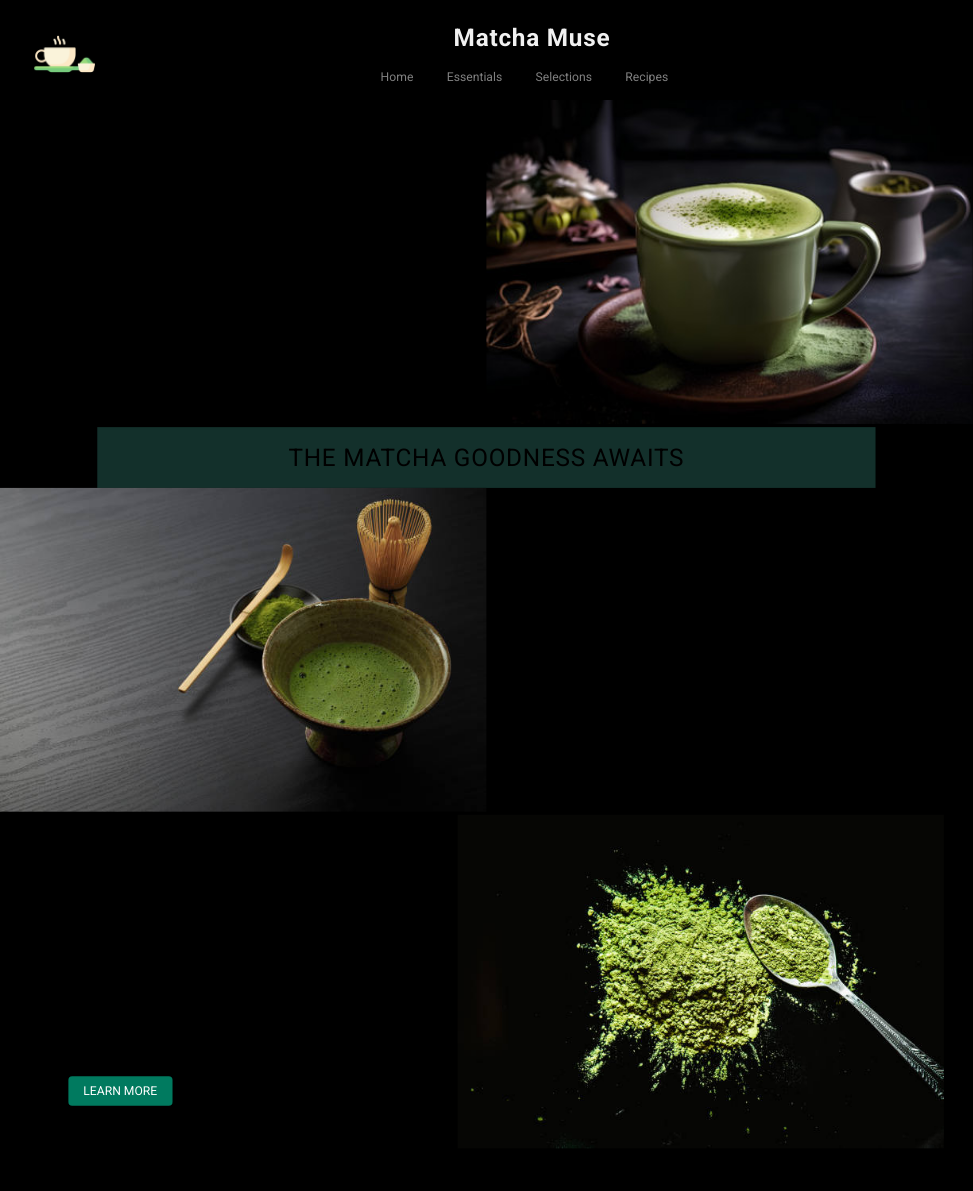
Repository: ericazz17/matchawebsite
Page: main.html
These files come from the project's save history. The page is drawn as it stood at one moment and after a run of saves; the edit follows.
The browser window is 1280 px wide. The pictures show the whole page, at 76% of full size.

Above is the page before, as saved 2023-09-20 04:08:42.

### main.html
<!DOCTYPE html>
<html>
<head>
    <title>Matcha Muse</title>
    <link rel="stylesheet" type="text/css" href="main.css">
    <link rel="preconnect" href="https://fonts.googleapis.com">
    <link rel="preconnect" href="https://fonts.gstatic.com" crossorigin>
    <link href="https://fonts.googleapis.com/css2?family=Roboto:wght@400;700&display=swap" rel="stylesheet">
</head>

<body>
    <header class="header">

        <div class="header-container">
            <div id="icon-container">
                <img class="header-icon" src="images/header-icon.png">
            </div>
            <div id="header-name">
                <h1>Matcha Muse</h1>
            </div>
        </div>

        <nav class="topbar">
            <div class="topbardiv">
                <a class="button" href="#home">Home</a>
                <a class="button" href="#essentials">Essentials</a>
                <a class="button" href="#selections">Selections</a>
                <a class="button" href="#recipes">Recipes</a>
            </div>
        </nav>
    </header>

    <div class="center-body">
        <div class="center-text">
            <h2>Welcome to the World of Matcha!</h2>
            <h3>Experience the enchanting world of matcha tea like never before. Discover the rich history, exquisite flavors, and countless health benefits of this green elixir.</h3>
        </div>

        <div class="center-img">
            <img id="matcha-image" src="images/matcha-body.jpeg">
        </div>
    </div>

    <div class="separation-bar">
        <h2 id="separation-text">The Matcha Goodness Awaits</h2>
    </div>


        <div class="bottom-first">
            <div class="bottom-first-img">
                <img id="bf1-img" src="images/matcha-powder.jpeg">
            </div>
            <div class="bottom-first-text">
                <h2 id="bottom-first-h2">A Matcha Lesson</h2>
                <h3 id="bottom-first-h3">Matcha is a vibrant green tea known for its finely ground powder form and unique preparation method. It's prized for its rich cultural history, impressive health benefits, and the calming ritual it offers.</h3>
            </div>
            <div style="clear: both;"></div>
        </div>

        <div class="bottom-third">
            <div class="bottom-third-text">
                <h2>Benefits of Drinking Matcha</h2>
                    <div class="benefit-lists">
                        <ul class="benefit-list1">
                            <li>Rich in Antioxidants</li>
                            <li>Enhanced Concentration</li>
                            <li>Natural Energy Boost</li>
                            <li>Metabolism Support</li>
                            <li>Enhanced Mood</li>
                            <li>Natural Relaxation</li>
                            <li>Alkalizing Properties</li>
                            <li>Improved Oral Health</li>

                        </ul>

                        <ul class="benefit-list2">
                            <li>Detoxification</li>
                            <li>Improved Skin Health</li>
                            <li>Enhanced Mood</li>
                            <li>Metabolism Support</li>
                            <li>Heart Health</li>
                            <li>Enhanced Endurance</li>
                            <li>Strengthened Immune System</li>
                            <li>Healthy Blood Sugar Levels</li>
                        </ul>
                    </div>

                    <div class="learn-more-container">
                        <a href="https://matcha.com/pages/matcha-health-benefits" target="_blank" class="learn-more-button">LEARN MORE</a>
                    </div>


            </div>

            <div class="bottom-second-img">
                <img id="bf2-img" src="images/dark-powder.jpeg">
            </div>

            <div style="clear: both;"></div>

        </div>

        <div class="bottom-third">
            <div class="bottom-third-text">

            </div>

            <div class="bottom-third-img">

            </div>
        </div>







</body>
</html>

### main.css
body {
    background-color: black;
    width: 100%;
    margin-left: 0px;
    margin-right: 0px;
    margin-top: 0px;
    padding: 0px;
}

.header {
    position: sticky;
    top: 0;
    background-color: black;
    color: #f1f1f1;
    padding: 10px;
  }

.header-container{
    max-width: 100%;
    width: 100%;
    text-align: center;
    margin-top: 0px;
    padding: 0px;

}

#header-name{
    text-align: center;
}


h1 {
    font-family: 'Roboto', sans-serif;
    font-size:px;
    letter-spacing: 1px;
}

h2 {
    font-family: 'Roboto', sans-serif;
    font-size:3vw;
    letter-spacing: 1px;
}


h3 {
    font-family: sans-serif;
    font-size:1.5vw;
    letter-spacing: 1px;
    font-weight: 300;
}

#icon-container{
    width: 100px;
    float: left;
    vertical-align: top;
    padding-left: 20px;
}
.header-icon{
    display:flex;
    height:80px;
    margin-left: 15px;
    flex:1;
}
.topbar {

    height: 30px;
    text-align: center;
}
.button {
    color: gray;
    font-family: 'Roboto', sans-serif;
    padding: 10px;
    margin-right: 20px;

}

a {
    text-decoration: none;
}

.button:hover {
    color: white;
    border-color: rgb(61, 35, 13);
    border-width: 1px;
    border-style: solid;
    border-radius: 5px;
}

.button:active {
    color: white;
    border-color: rgb(61, 35, 13);
    border-width: 1px;
    border-style: solid;
    border-radius: 5px;
}

.center-body, .bottom-first, .bottom-third {
    width: 100%;
    margin-left: auto;
    margin-right:auto;
}

.center-text{
    display: block;
    width: 30%;
    float: left;
    padding-left: 10%;
    padding-right: 10%;
    font-family: 'Roboto', sans-serif;
    padding-top: 3%;
}

.bottom-first-text {
    display: block;
    width: 30%;
    float: left;
    padding-left: 5%;
    padding-right: 5%;
    font-family: 'Roboto', sans-serif;
    padding-top: 8%;
}

.bottom-third-text {
    display: block;
    width: 40%;
    float: left;
    padding-left: 5%;
    padding-right: 2%;
    font-family: 'Roboto', sans-serif;
    padding-top: 4%;

}

.benefit-lists {
    display: flex;
    justify-content: space;
}

.benefit-list1, .benefit-list2 {
    width: 45%; /* Adjust this value as needed */
  }

.center-img, .bottom-first-img, .bottom-second-img{
    width: 50%;
    float: left;
    background-size: 100% 100%;
}

.center-img img {
    width: 100%;
    height: 100%;
    display:inline-block;
}

.bottom-first-img img {
    width: 100%;
    height: auto;
    display:inline-block;
}

.bottom-second-img img {
    width: 100%;
    height: auto;
    display:inline-block;
}



.separation-bar {
    background-color: rgb(19, 48, 43);
    display: flex;
    align-items: center;
    justify-content: center;
    height: 80px;
    width: 80%;
    margin-left: 10%;
    margin-right:10%;
  }

  #separation-text {
    font-size:2.5vw;
    text-transform: uppercase;
    font-family: 'roboto',Arial, Helvetica, sans-serif;
    font-weight:100;
  }

  .learn-more-button {
    background-color: #007A5F;
    padding: 10px 20px;
    text-decoration: none;
    color: white;
    border: none;
    text-align: center;
    display: inline-block;
    border-radius: 5px;
}

.learn-more-container {
    margin-left: 5%;
}

After the next 5 saves:
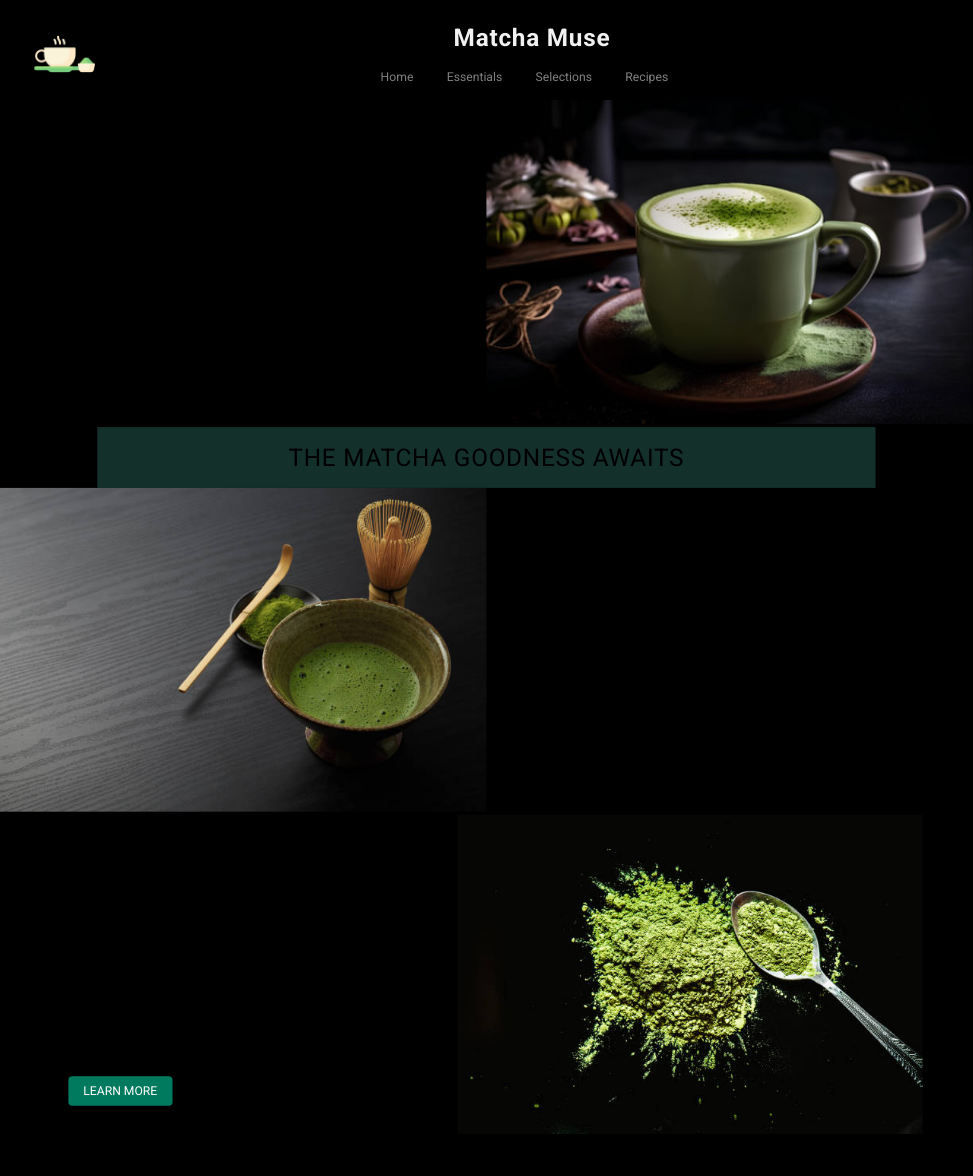
The 5 saves are shown as one change because they came seconds apart.
The last was saved 13 s later.
--- a/main.html
+++ b/main.html
@@ -92,8 +92,8 @@
 
             </div>
 
-            <div class="bottom-second-img">
-                <img id="bf2-img" src="images/dark-powder.jpeg">
+            <div class="bottom-third-img">
+                <img id="bf3-img" src="images/dark-powder.jpeg">
             </div>
 
             <div style="clear: both;"></div>
